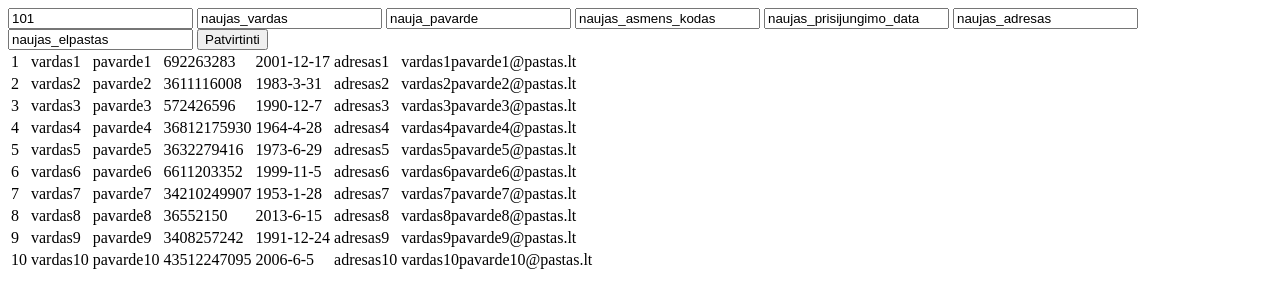
Repository: motiejus1/09-paskaita-PHP-05.31
Page: http://localhost/
The author's editor kept a copy of each file at every save. The page is drawn from the files as they stood at one save, then again after the next save.
The browser window is 1280 px wide. The pictures show the whole page.
The page is run by PHP 8.4 with error messages shown; the project is at /var/www/html/.

Above is the page before, as saved 2021-08-04 18:17:18.

### index.php
<!DOCTYPE html>
<html lang="en">
<head>
    <meta charset="UTF-8">
    <meta http-equiv="X-UA-Compatible" content="IE=edge">
    <meta name="viewport" content="width=device-width, initial-scale=1.0">
    <title>09-paskaita</title>
</head>
<body>
    <form action="index.php" method="get">
        <input type="text" value="101" name="id"/>
        <input type="text" value="naujas_vardas" name="vardas"/>
        <input type="text" value="nauja_pavarde" name="pavarde"/>
        <input type="text" value="naujas_asmens_kodas" name="asmens_kodas"/>
        <input type="text" value="naujas_prisijungimo_data" name="prisijungimo_data"/>
        <input type="text" value="naujas_adresas" name="adresas"/>
        <input type="text" value="naujas_elpastas" name="elpastas"/>

        <button type="submit" name="patvirtinti">Patvirtinti</button>

    </form>
<?php
// Susikurti asociatyvų masyvą "Klientai".
// Kintamieji:
// vardas
// pavarde
// asmens kodas
// prisijungimo data
// adresas
// elpastas.

// Masyve turi būti 200 klientų. Duomenis užpildyti savo nuožiūrą.
// Visą "Klientai" objektų masyvą atvaizduoti lentelėje <table>.
// Visas klientų masyvas saugomas COOKIE.


// Papildomai: Sukurti galimybę pridėti klientą į masyvą bei ištrinti.


if (isset($_GET["patvirtinti"])) {
    $id = $_GET["id"];
    $vardas = $_GET["vardas"];
    $pavarde = $_GET["pavarde"];
    $asmens_kodas = $_GET["asmens_kodas"];
    $prisijungimo_data = $_GET["prisijungimo_data"];
    $adresas = $_GET["adresas"];
    $elpastas = $_GET["elpastas"];

    //sudeti informacija i sausainiuka


    $klientai_tekstas = $_COOKIE["klientai"] . "|$id,$vardas,$pavarde,$asmens_kodas,$prisijungimo_data,$adresas,$elpastas";
    // echo $klientai_tekstas;
    setcookie("klientai", $klientai_tekstas, time() + 3600, "/");

}

if(!isset($_COOKIE["klientai"])) {
    $klientai = array();

    for($i=0; $i< 10; $i++){
        //klientai masyva sitas ciklas turi pildyti visa lentyna
        //turi prideti nauja masyva i klientai masyva
        $klientas = array(
            "id" => $i+1,
            "vardas" => "vardas".($i+1),
            "pavarde" => "pavarde".($i+1),
            "asmens_kodas" => rand(3,6).rand(0,99).rand(1,12).rand(1,31).rand(0,9999), //38512300000

            //atsitiktiniu budu sugeneruota data
            "prisijungimo_data" => rand(1950, 2021)."-".rand(1,12)."-".rand(1,31),
            "adresas" => "adresas".($i+1),
            "elpastas" => "vardas".($i+1)."pavarde".($i+1)."@pastas.lt"
        );

        //kaip dabar papildyti masyva $klientai?
        array_push($klientai, $klientas);
    }
} else {
    $klientai = $_COOKIE["klientai"];//tekstas

    $klientai = explode("|", $klientai);

    for($i = 0; $i < count($klientai) ; $i++) {
        $klientai[$i] = explode(",", $klientai[$i]);
    }

}


echo "<table>";
//Dvimatis masyvas yra lentele;
//Ka daryti toliau? Ciklas

//$klientai - dvimatis masyvas
//$eilute - vienmatis asociatyvus masyvas
//$stulpelis - masyvo elementas/arba kazkoks kintamasis
foreach ($klientai as $eilute) {
//Isvedineja lentyneles - eilute 200 eiluciu
    echo "<tr>";
    //isvesti stulpelius?
    foreach($eilute as $stulpelis) { // 7 stulpeliai
        echo "<td>";
        echo $stulpelis;
        echo "</td>";
    }

    echo "</tr>";
}

echo "</table>";

// var_dump($klientai);

// kiekviena karta refreshinus/perkraunant puslapi, musu kintamieji isivalo,
//igauna savo pradines reiksmes

//mes sukuriame forma
//ivedame duomenis
//spaudziame mygtuka patvirtinti, musu puslapis persikrauna
//paimami duomenys is formos ir array_push mes viska sukeliame į klientai masyva

//COOkies

//kai kuriamas musu klientai masyvas, jis yra isaugomas i sausainiuka
//kai musu masyvas jau yra sausainiukyje, mes ji galime atvaizduoti is sausainiuko
//mes turime isaugoje reiksmes, vadinasi,
// mes prie sausainiuko reiksmes galime prideti kazka naujo

// cookie mes galim saugoti tik teksta

// setcookie("klientai", $klientai, time() + 3600, "/");

// $klientai_tekstas = implode("|", $klientai);

// echo $klientai_tekstas;

//klientai dvimati masyva pasiversime i teksta

for($i = 0; $i < count($klientai) ; $i++) {
    $klientai[$i] = implode(",", $klientai[$i]);
}

// var_dump($klientai);

$klientai_tekstas = implode("|",$klientai);

// echo $klientai_tekstas;
//Reikalingas tik tam kad nustatytu musu pradines sugeneruotas reiksmes
//Sits sausainiukas turi buti paleidziamas tik viena vieninteli karta
if(!isset($_COOKIE["klientai"])) {
    setcookie("klientai", $klientai_tekstas, time() + 3600, "/");
}
?>


</body>
</html>

After the next save:
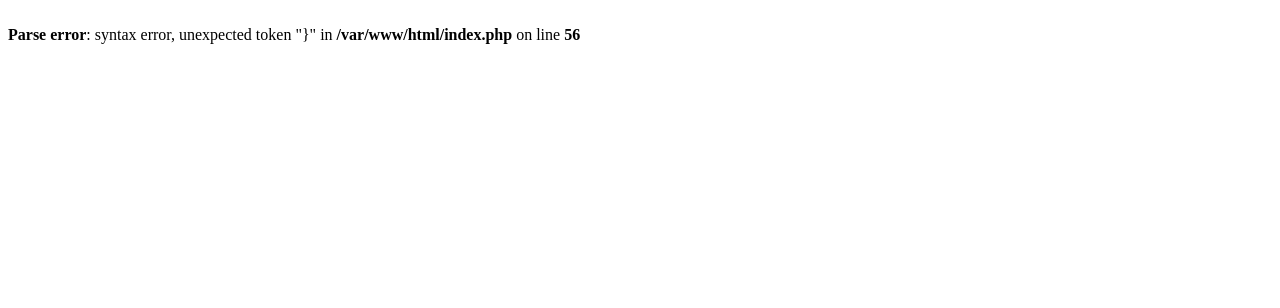
Saved 12 s later.
--- a/index.php
+++ b/index.php
@@ -52,7 +52,7 @@
     $klientai_tekstas = $_COOKIE["klientai"] . "|$id,$vardas,$pavarde,$asmens_kodas,$prisijungimo_data,$adresas,$elpastas";
     // echo $klientai_tekstas;
     setcookie("klientai", $klientai_tekstas, time() + 3600, "/");
-
+    header()
 }
 
 if(!isset($_COOKIE["klientai"])) {

After the 3 saves that followed:
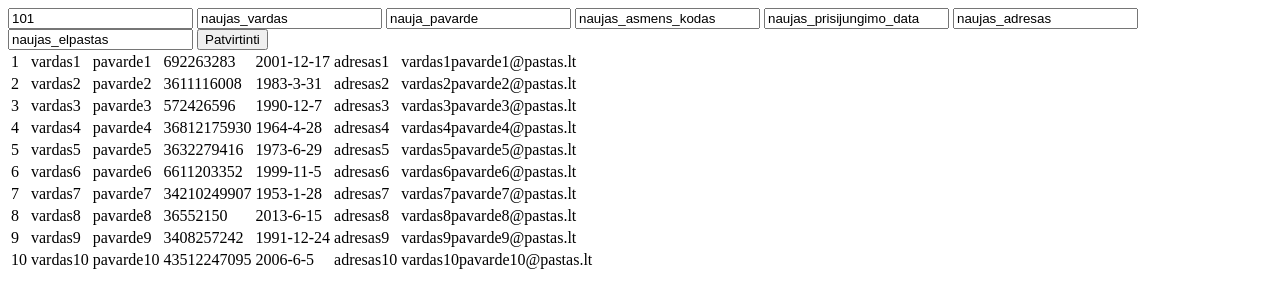
The 3 saves are shown as one change because they came seconds apart.
The last was saved 9 s later.
--- a/index.php
+++ b/index.php
@@ -52,7 +52,7 @@
     $klientai_tekstas = $_COOKIE["klientai"] . "|$id,$vardas,$pavarde,$asmens_kodas,$prisijungimo_data,$adresas,$elpastas";
     // echo $klientai_tekstas;
     setcookie("klientai", $klientai_tekstas, time() + 3600, "/");
-    header()
+    header("Location: index.php");
 }
 
 if(!isset($_COOKIE["klientai"])) {
